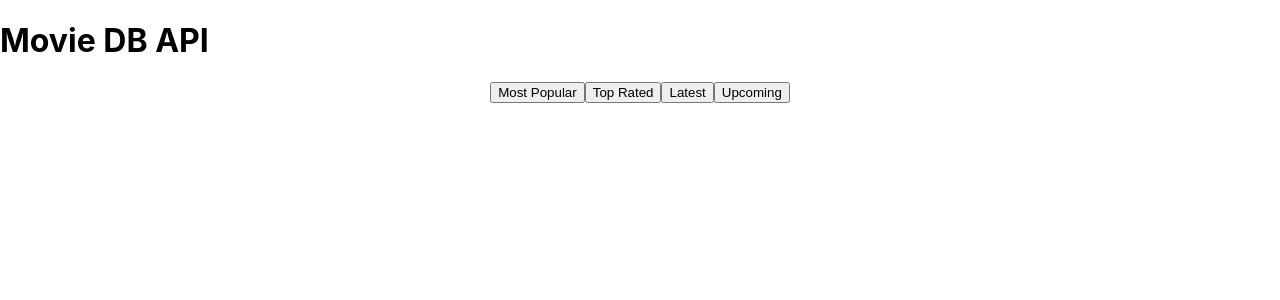
Repository: chaampavictor/moviedbapi
Page: /
An editor plug-in stored every save of this project. The page is shown before and after the next save, followed by the edit.
The browser window is 1280 px wide. The pictures show the whole page.
The page's requests for data from a server got no answer. The project was rebuilt for these pictures with package versions that can differ from the ones it lists, and the page was loaded fresh each time. No one was signed in, and anything a server would have sent is missing.

Above is the page before, as saved 2022-01-13 07:50:15.

### src/App.js
import React, { useEffect, useState } from "react";
import axios from "axios";
import "./App.css";
import Container from "react-bootstrap/Container";
import Row from "react-bootstrap/Row";
import Col from "react-bootstrap/Col";
const api_key = "872c70d736d1ef4484522f734137927d";
const BASE_URL = "https://api.themoviedb.org/3";
const getImage = (path) => `https://image.tmdb.org/t/p/w300/${path}`;

function App() {
  const [data, setData] = useState([]);

  const api = axios.create({ baseURL: BASE_URL });

  const getUpcoming = api.get("/movie/popular", { params: { api_key } });

  useEffect(() => {
    getUpcoming.then((res) => {
      setData(res.data.results);
    });
  }, [getUpcoming]);

  return (
    <div className="App">
      <h1>Movie DB API</h1>
      <header>
        <div
          style={{
            display: "flex",
            justifyContent: "center",
            alignItems: "center",
            marginBottom: "12px",
          }}
        >
          <button>Most Popular</button>
          <button>Top Rated</button>
          <button> Latest</button>
          <button> Upcoming</button>
        </div>

        <div
          className="explore-card-columns  container-fluid"
          style={{ marginBottom: "100px" }}
        >
          {data.map((movie) => (
            <div className="item">
              <img src={getImage(movie.poster_path)} alt="poster" />
              <p>{movie.original_title}</p>
            </div>
          ))}
        </div>
      </header>
    </div>
  );
}

export default App;

### src/App.css
.explore-nav {
  padding-top: 30px;
}
.explore-nav-link {
  font-family: Ubuntu;
  font-style: normal;
  font-weight: normal;
  font-size: 18px;
  line-height: 21px;
  color: #3e3e3e;
  opacity: 0.6;
  text-decoration: none;
  padding: 10px 10px;
}
.explore-nav-link:hover {
  color: #f7931e !important;
  text-decoration: none;
}
.explore-nav-link:focus {
  color: #f7931e;
}

.explore-user-detail {
  padding-top: 20px;
  /* background: red; */
  text-align: center;
}
.explore-user-detail img {
  height: 30px;
  width: 30px;
}
.explore-username {
  padding-left: 15px;
  padding-right: 30px;
  font-family: Ubuntu;
  font-style: normal;
  font-weight: normal;
  font-size: 18px;
  line-height: 21px;
  color: #fff;
}
.follow {
  font-family: Ubuntu;
  font-style: normal;
  font-weight: normal;
  font-size: 18px;
  line-height: 21px;
  background: none;
  outline: none;
  border: none;
}
.explore-body .card-body:hover {
  /* color: #30adb4; */
  background: "#32c709";
}

.card {
  border: 0px solid rgba(0, 0, 0, 0.125) !important;
}

.user-reaction div {
  padding-right: 20px;
}
/*@media screen and (max-width: 800px) {
    .explore-images-body {
      -ms-flex: 50%;
      flex: 50%;
      max-width: 50%;
    }
  }*/

/* Responsive layout - makes the two columns stack on top of each other instead of next to each other */
/* @media screen and (max-width: 600px) {
    .explore-images-body {
      -ms-flex: 100%;
      flex: 100%;
      max-width: 100%;
    }
  }*/
.explore-card-columns .card {
  margin-bottom: 0.79rem;
}
@media screen and (min-width: 992px) {
  .explore-card-columns {
    -webkit-column-count: 4;
    -moz-column-count: 4;
    column-count: 4;
    -webkit-column-gap: 1.25rem;
    -moz-column-gap: 1.25rem;
    column-gap: 1.25rem;
  }
  .explore-card-columns .card {
    display: inline-block;
    width: 100%;
  }
}
@media screen and (max-width: 992px) {
  .explore-card-columns {
    -webkit-column-count: 2;
    -moz-column-count: 2;
    column-count: 2;
  }
}
@media screen and (max-width: 600px) {
  .explore-card-columns {
    -webkit-column-count: 1;
    -moz-column-count: 1;
    column-count: 1;
  }
}
.explore-content:hover {
  color: white;
}
.follow:hover {
  color: white;
}
.pink {
  border: 1px solid #bc0272;
  width: 100%;
}
.pink:hover {
  background: #bc0272;
}
.dark-blue {
  border: 1px solid #000000;
}
.dark-blue:hover {
  background: #2e384d;
  color: white;
}
.light-danger {
  border: 1px solid #ff0404;
}
.light-danger:hover {
  background: #ff0404;
  color: white;
}
.green {
  border: 1px solid #4bc999;
}
.green:hover {
  background: #4bc999;
  color: white;
}
.blue {
  border: 1px solid #34abe0;
}
.blue:hover {
  background: #34abe0;
}
.orange {
  border: 1px solid #ff8a00;
}
.orange:hover {
  background: #ff8a00;
}
.black {
  border: 1px solid #3e2a2a;
}
.black:hover {
  background: #3e2a2a;
}
.dark-orange {
  border: 1px solid #b58657;
}
.dark-orange:hover {
  background: #b58657;
}

.follow {
  max-width: 100px;
}

@media screen and (max-width: 768px) {
  .follow {
    display: none;
  }
}

@import url("https://fonts.googleapis.com/css?family=Fjalla+One");

.credit-card {
  display: flex;
  flex-direction: column;
  justify-content: space-between;

  width: 400px;
  height: 250px;
  padding: 25px;
  border-radius: 15px;

  color: white;

  background-image: linear-gradient(25deg, #0f509e, #1399cd);
  box-shadow: 0 0 20px rgba(0, 0, 0, 0.5);
}

.credit-card__number {
  display: flex;
  justify-content: center;

  font-family: "Fjalla One", sans-serif;
  font-size: 45px;
}

.credit-card__info {
  display: flex;
  /* justify-content: space-between; */

  font-family: "Fjalla One", sans-serif;
  font-size: 25px;
}

.credit-card__info_label {
  font-size: 14px;
}

.credit-card__info_expiry {
  display: flex;
  flex-direction: column;
  align-items: flex-end;
}
.react-tabs {
  -webkit-tap-highlight-color: transparent;
}

.react-tabs__tab-list {
  border-bottom: 0px solid none;
  margin: 0 0 10px;
  padding: 0;
}

.react-tabs__tab {
  display: inline-block;
  border: 1px solid transparent;
  border-bottom: none;
  bottom: -1px;
  position: relative;
  list-style: none;
  padding: 6px 4px;
  cursor: pointer;
}

.react-tabs__tab--selected {
  background: #29bd0061;
  border-color: none;
  border-bottom: #000000;
  border-width: 1px;
  color: black;
  border-radius: 6px 6px 6px 6px;
}

.react-tabs__tab--disabled {
  color: GrayText;
  cursor: default;
}

.react-tabs__tab:focus {
  box-shadow: 0 0 5px hsl(208, 99%, 50%);
  border-color: hsl(208, 99%, 50%);
  outline: none;
}

.react-tabs__tab:focus:after {
  content: "";
  position: absolute;
  height: 5px;
  left: -4px;
  right: -4px;
  bottom: -5px;
  background: #fff;
}

.react-tabs__tab-panel {
  display: none;
}

.react-tabs__tab-panel--selected {
  display: block;
}
input[type="date"]:not(:valid):before {
  content: attr(placeholder);
}

/* small screen modal begins here */

.Button {
  cursor: pointer;
  margin: 0 0 12px;
  background-color: #fff;
  border-color: #dbdbdb;
  border-width: 1px;
  color: #363636;
  cursor: pointer;
  justify-content: center;
  padding-bottom: calc(0.5em - 1px);
  padding-left: 1em;
  padding-right: 1em;
  padding-top: calc(0.5em - 1px);
  text-align: center;
  white-space: nowrap;
  background-color: #00d1b2;
  border-color: transparent;
  color: #fff;
  -webkit-appearance: none;
  align-items: center;
  border: 1px solid transparent;
  border-radius: 4px;
  box-shadow: none;
  display: inline-flex;
  font-size: 1rem;
  height: 2.5em;
  justify-content: flex-start;
  line-height: 1.5;
  padding-bottom: calc(0.5em - 1px);
  padding-left: calc(0.75em - 1px);
  padding-right: calc(0.75em - 1px);
  padding-top: calc(0.5em - 1px);
  position: relative;
  vertical-align: top;
}

.CenterAlign {
  transform: translate(-50%, -25%);
}

.Overlay {
  background-color: rgba(0, 0, 0, 0.55);
  top: 0;
  bottom: 0;
  left: 0;
  right: 0;
  position: fixed;
  display: none;
  z-index: 5;
}

.Overlay.Show {
  display: block;
}

.Modal {
  position: fixed;
  bottom: -150vh;
  background-color: #fff;
  width: 100%;
  height: 52%;
  box-shadow: 0 0 4px 0px rgba(0, 0, 0, 0.15);
  left: 0;
  padding: 0 12px 12px;
  transition: all 0.3s ease-out;
  z-index: 10;
}

.Modal.Show {
  bottom: 0;
  border-radius: 20px;
}

.Close {
  cursor: pointer;
  position: absolute;
  top: 18px;
  right: 10px;
  background-color: transparent;
  border: 0;
  font-size: 18px;
  color: #000000;
  font-weight: bolder;
}

.Alert {
  position: fixed;
  padding: 0.75rem 1.25rem;
  border: 1px solid transparent;
  top: 0;
  left: 0;
  color: #fff;
  background-image: linear-gradient(
    90deg,
    #ff9a8b 0%,
    #ff6a88 55%,
    #ff99ac 100%
  );
  margin: 0;
  width: 100%;
  text-align: center;
  z-index: 10;
}

.Alert:empty {
  padding: 0;
}
.modal-content {
  -webkit-border-radius: 0px !important;
  -moz-border-radius: 0px !important;
  border-radius: 20px !important;
}
#inputID::placeholder {
  color: #29bd00;
  opacity: 1;
  font-size: 14px;
}

Loaded but not shown: public/index.html (common file); src/index.js (common file); src/index.css (common file); src/reportWebVitals.js (common file)

After the next save:
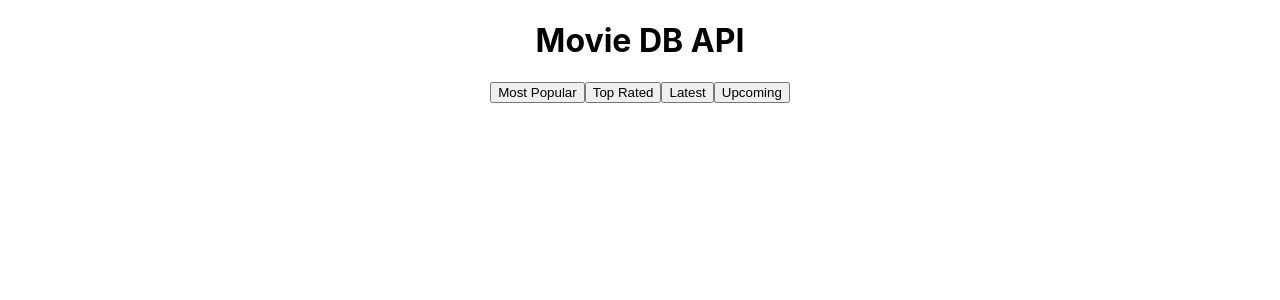
Saved 9 min 18 s later.
--- a/src/App.js
+++ b/src/App.js
@@ -23,7 +23,7 @@ function App() {
 
   return (
     <div className="App">
-      <h1>Movie DB API</h1>
+      <h1 style={{ textAlign: "center" }}>Movie DB API</h1>
       <header>
         <div
           style={{
